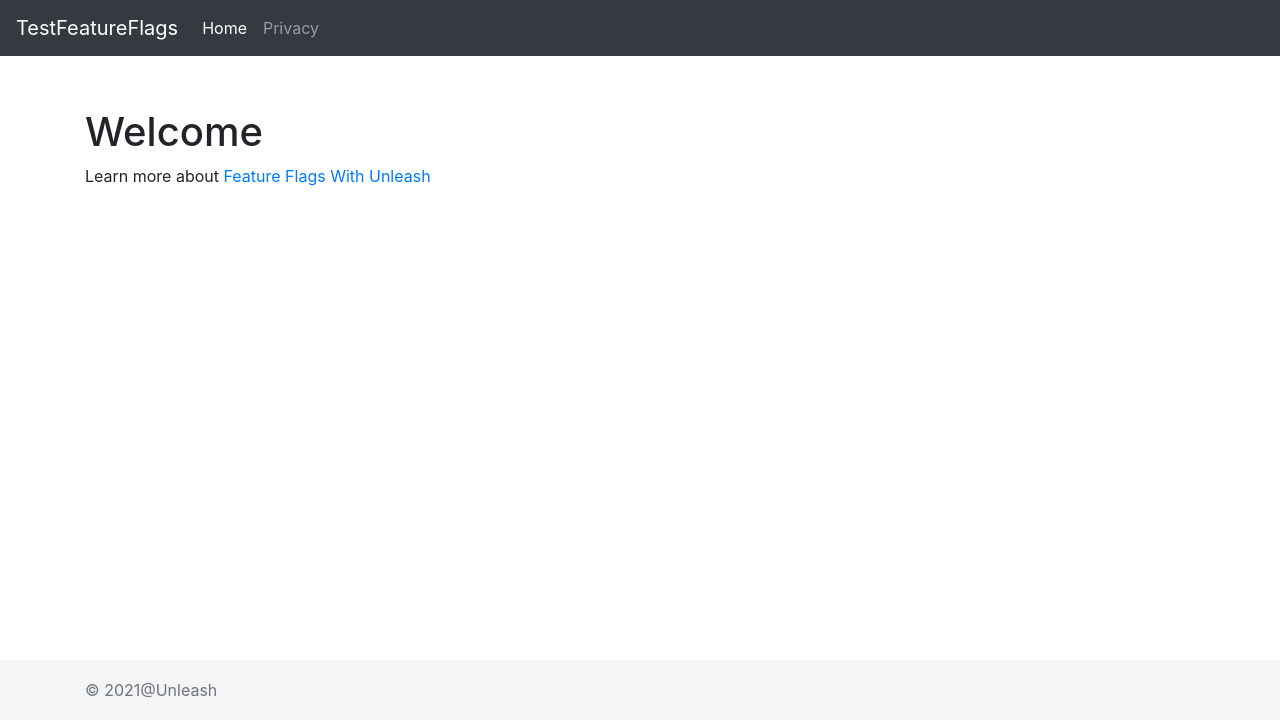
Repository: Makulabindupriya/unleshapp
Page: http://localhost/welcome
An editor plug-in stored every save of this project. The page is shown before and after the next save, followed by the edit.
The browser window is 1280 px wide. The pictures show the whole page.
The page is this project's Thymeleaf template; nobody is signed in. The template is opened directly, without the code that normally fills it, so the values that code supplies are empty.

Above is the page before, as saved 2021-11-24 16:12:08.

### demo/src/main/resources/templates/welcome.html
<!DOCTYPE html>
<html lang="en" xmlns:th="http://www.thymeleaf.org">
<head>
    <meta charset="utf-8">
    <meta name="viewport" content="width=device-width, initial-scale=1, shrink-to-fit=no">
    <title>Feature Flags with unleash</title>

    <link rel="stylesheet" href="/css/main.css">
    <link rel="stylesheet" href="https://stackpath.bootstrapcdn.com/bootstrap/4.3.1/css/bootstrap.min.css" integrity="sha384-ggOyR0iXCbMQv3Xipma34MD+dH/1fQ784/j6cY/iJTQUOhcWr7x9JvoRxT2MZw1T" crossorigin="anonymous">

    <script src="https://code.jquery.com/jquery-3.3.1.slim.min.js" integrity="sha384-q8i/X+965DzO0rT7abK41JStQIAqVgRVzpbzo5smXKp4YfRvH+8abtTE1Pi6jizo" crossorigin="anonymous"></script>
    <script src="https://cdnjs.cloudflare.com/ajax/libs/popper.js/1.14.7/umd/popper.min.js" integrity="sha384-UO2eT0CpHqdSJQ6hJty5KVphtPhzWj9WO1clHTMGa3JDZwrnQq4sF86dIHNDz0W1" crossorigin="anonymous"></script>
    <script src="https://stackpath.bootstrapcdn.com/bootstrap/4.3.1/js/bootstrap.min.js" integrity="sha384-JjSmVgyd0p3pXB1rRibZUAYoIIy6OrQ6VrjIEaFf/nJGzIxFDsf4x0xIM+B07jRM" crossorigin="anonymous"></script>

</head>
<body>
    <header>
    <!-- Fixed navbar -->
    <nav class="navbar navbar-expand-md navbar-dark fixed-top bg-dark">
        <a class="navbar-brand" href="#">TestFeatureFlags</a>
        <button class="navbar-toggler" aria-expanded="false" aria-controls="navbarCollapse" aria-label="Toggle navigation" type="button" data-target="#navbarCollapse" data-toggle="collapse">
        <span class="navbar-toggler-icon"></span>
        </button>
        <div class="collapse navbar-collapse" id="navbarCollapse">
        <ul class="navbar-nav mr-auto">
            <li class="nav-item active">
            <a class="nav-link" href="#">Home <span class="sr-only">(current)</span></a>
            </li>
            <li class="nav-item" th:if="${Beta}">
            <a class="nav-link" href="#">Beta</a>
            </li>
            <li class="nav-item" th:if="${Contact}">
            <a class="nav-link" href="#">Contact</a>
            </li>
            <li class="nav-item">
            <a class="nav-link" href="#">Privacy <span class="sr-only">(current)</span></a>
            </li>
        </ul>
        </div>
    </nav>
    </header>
    <div class="container body-content">
        <h1 class="mt-5">Welcome</h1>
        <p>Learn more about <a href="https://docs.getunleash.io/">Feature Flags With Unleash</a></p>

    </div>
    <footer class="footer">
        <div class="container">
        <span class="text-muted">&copy; 2021@Unleash</span>
    </div>

    </footer>
</body>
</html>

### demo/src/main/resources/static/css/main.css
html {
 position: relative;
 min-height: 100%;
}
body {
 margin-bottom: 60px;
 background-color: rebeccapurple;
}
.footer {
 position: absolute;
 bottom: 0;
 width: 100%;
 height: 60px;
 line-height: 60px;
 background-color: #f5f5f5;
}

body > .container {
 padding: 60px 15px 0;
}

.footer > .container {
 padding-right: 15px;
 padding-left: 15px;
}

code {
 font-size: 80%;
}

After the next save:
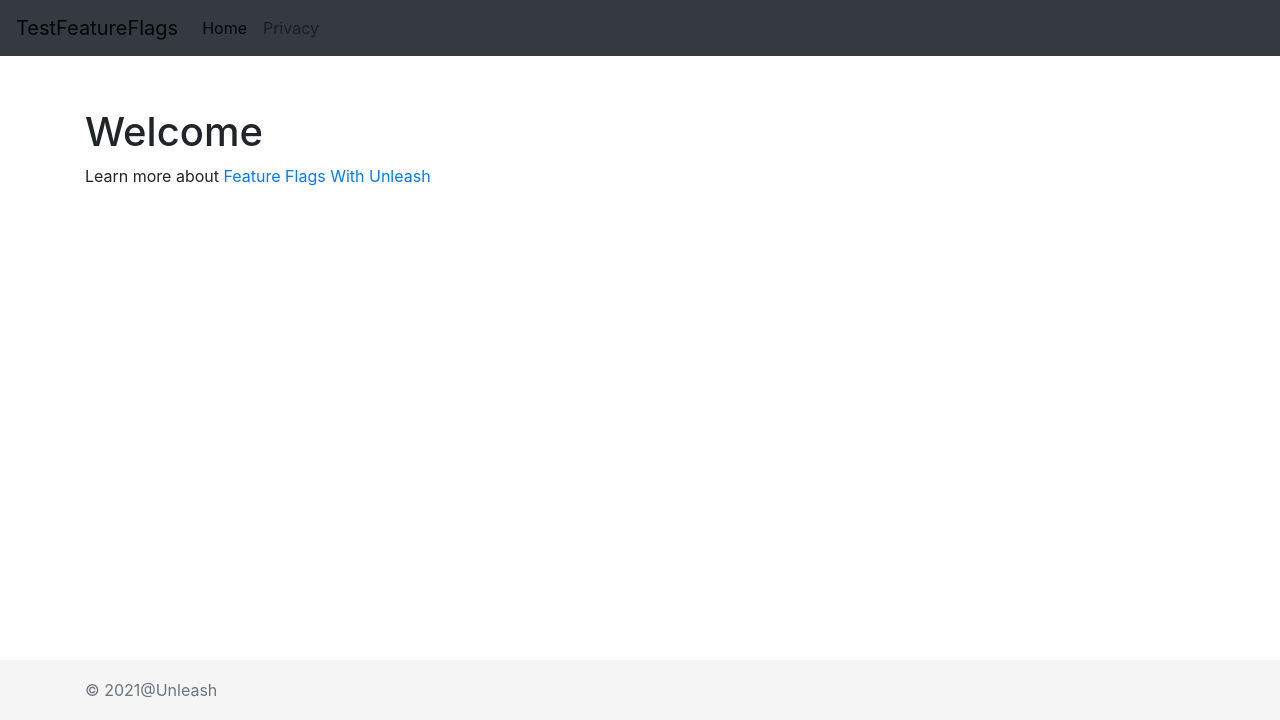
Saved 11 h 6 min later.
--- a/demo/src/main/resources/templates/welcome.html
+++ b/demo/src/main/resources/templates/welcome.html
@@ -16,7 +16,7 @@
 <body>
     <header>
     <!-- Fixed navbar -->
-    <nav class="navbar navbar-expand-md navbar-dark fixed-top bg-dark">
+    <nav class="navbar navbar-expand-lg navbar-light fixed-top bg-dark">
         <a class="navbar-brand" href="#">TestFeatureFlags</a>
         <button class="navbar-toggler" aria-expanded="false" aria-controls="navbarCollapse" aria-label="Toggle navigation" type="button" data-target="#navbarCollapse" data-toggle="collapse">
         <span class="navbar-toggler-icon"></span>
